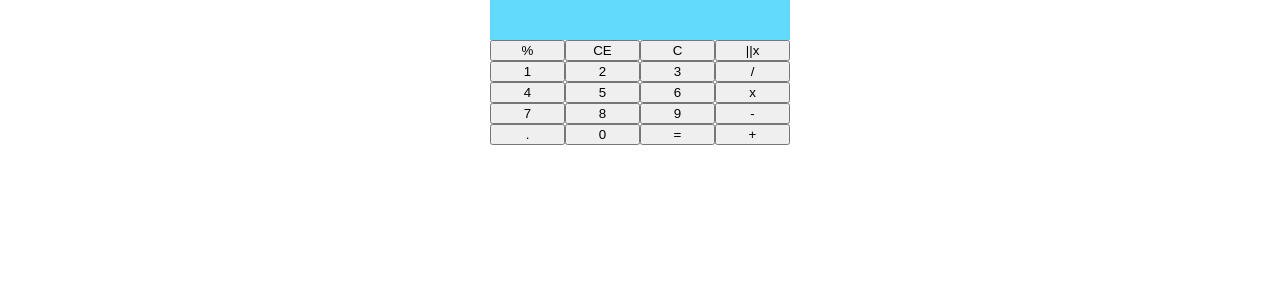
Repository: hoangphuong965/calculator_react
Page: /
These files come from the project's save history. The page is drawn as it stood at one moment and after a run of saves; the edit follows.
The browser window is 1280 px wide. The pictures show the whole page.
The project was rebuilt for these pictures with package versions that can differ from the ones it lists, and the page was loaded fresh each time.

Above is the page before, as saved 2020-08-04 09:04:40.

After the next 3 saves:
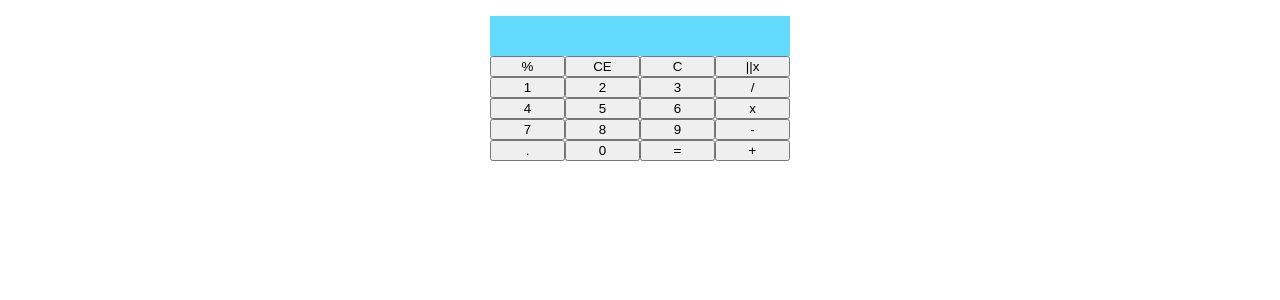
The 3 saves are shown as one change because they came seconds apart.
The last was saved 99 s later.
--- a/src/component/Output.js
+++ b/src/component/Output.js
@@ -1,9 +1,11 @@
 import React from "react";
 
 function Output({ result }) {
-  return <div className="output">
-
-  </div>;
+  return (
+    <div className="output">
+      <p>{<p>{result}</p>}</p>
+    </div>
+  );
 }
 
 export default Output;
